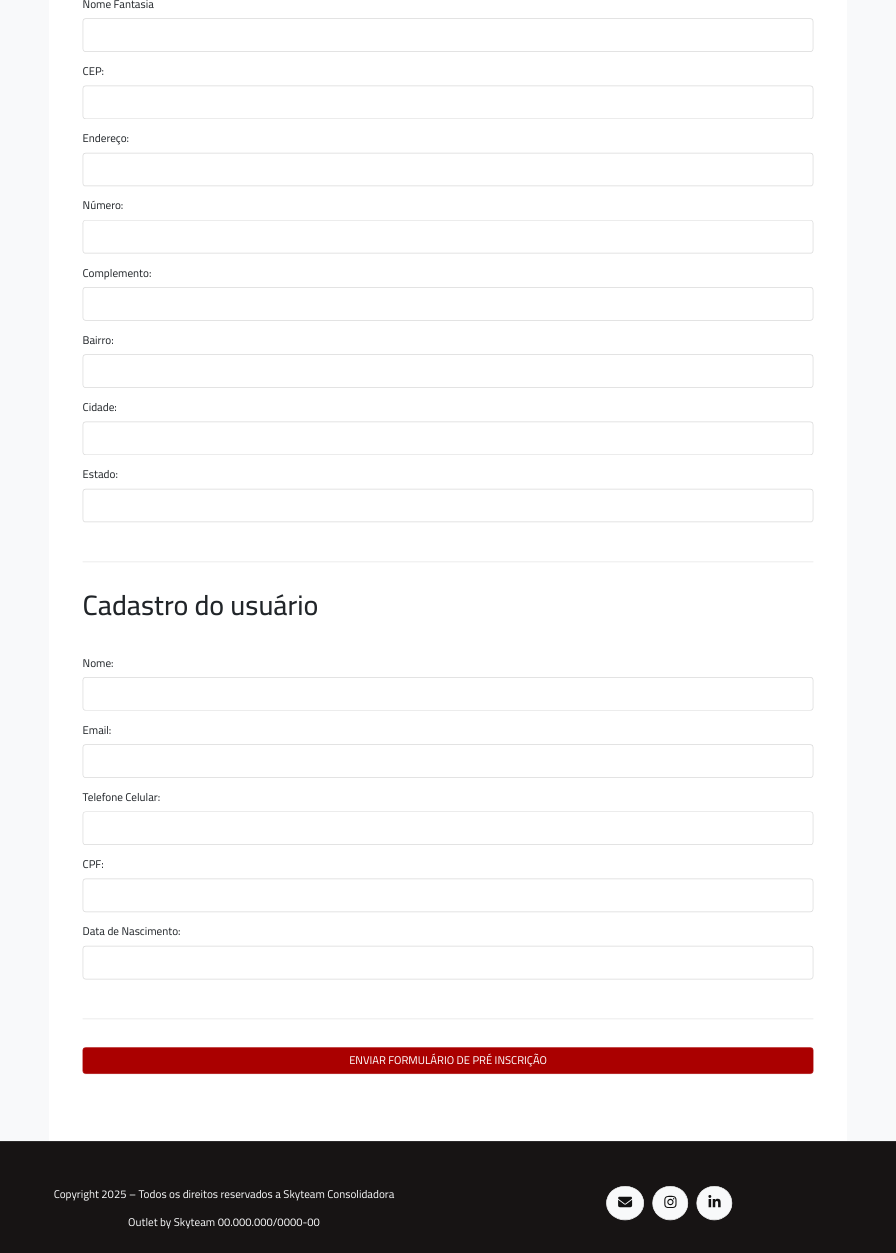
Repository: SkyTeam-Dev/Outlet_Site
Page: Site/Template_Page.html
The author's editor kept a copy of each file at every save. The page is drawn from the files as they stood at one save, then again after the next save.
The browser window is 1280 px wide. The pictures show the part of the page from y = 953 to 2873 px (the page is 2743 px tall before and 2873 px after), at 70% of full size.
Some web libraries are served in a nearby version.

Above is the page before, as saved 2025-03-25 19:18:37.

### Site/Template_Page.html
<!DOCTYPE html>
<html lang="pt-br">

<head>
    <title>:: Outlet by Skyteam ::</title>
    <!-- Define uma descrição otimizada para mecanismos de busca (Maximo 160 caracteres mas o recomendado é 50 caracteres) -->
    <meta name="description"
        content="CADASTRO SIMPLES, DESCONTOS E CASHBACK A viagem do seu cliente com as melhores condições Conectamos o agente a descontos imbatíveis Ofereça seus serviços a preços mais atrativos com a Outlet By Skyteam, uma plataforma para reservas de aéreo, hotelaria, seguro-viagem e locação nacional com descontos e cashback, projetada para qualquer agente de viagem" />
    <!-- Define palavras-chave (não tem mais impacto no Google, mas pode ajudar em outros mecanismos) -->
    <meta name="keywords" content="palavra-chave1, palavra-chave2, palavra-chave3">
    <meta charset="utf-8">
    <meta http-equiv="X-UA-Compatible" content="IE=edge">
    <link rel="canonical" href="https://outlet.tur.br/" />
    <link rel='shortlink' href='https://outlet.tur.br/' />

    <!-- Define a indexação pelos mecanismos de busca -->
    <meta name="robots" content="index, follow"> <!-- Para indexar e seguir links -->
    <meta name="googlebot" content="index, follow"> <!-- Específico para o Google -->
    <meta name="bingbot" content="index, follow"> <!-- Específico para o Bing -->

    <!-- GOOGLE JSON-LD para SEO -->
    <script type="application/ld+json">
        {
          "@context": "https://schema.org",
          "@type": "WebSite",
          "name": "Outlet by Skyteam",
          "url": "https://outlet.tur.br",
          "description": "CADASTRO SIMPLES, DESCONTOS E CASHBACK A viagem do seu cliente com as melhores condições Conectamos o agente a descontos imbatíveis Ofereça seus serviços a preços mais atrativos com a Outlet By Skyteam, uma plataforma para reservas de aéreo, hotelaria, seguro-viagem e locação nacional com descontos e cashback, projetada para qualquer agente de viagem.",
          "image": "https://outlet.tur.br/Templates/Default/Imagens/OG_Outlet_Base.jpg",
          "author": {
            "@type": "Person",
            "name": "Outlet"
          },
          "publisher": {
            "@type": "Organization",
            "name": "Outlet by Skyteam",
            "logo": {
              "@type": "ImageObject",
              "url": "https://outlet.tur.br/Templates/Default/Imagens/OG_Outlet_Base.jpg"
            }
          }
        }
        </script>
    <!-- GOOGLE JSON-LD para SEO -->

    <!-- Define o autor do conteúdo -->
    <meta name="author" content="Outlet by Skyteam">

    <!-- Controla como o Google exibe o snippet do site -->
    <meta name="google" content="nosnippet"> <!-- Impede snippets na SERP -->
    <meta name="google" content="max-snippet:-1, max-image-preview:large, max-video-preview:-1">
    <!-- Personaliza como o conteúdo é mostrado -->

    <!-- Diz ao Google para não traduzir a página automaticamente -->
    <meta name="google" content="notranslate">

    <!-- Define a geolocalização para buscas locais -->
    <meta name="DC.title" content="Outlet By SkyTeam" />
    <meta name="geo.region" content="BR-RS" />
    <meta name="geo.placename" content="Porto Alegre" />
    <meta name="geo.position" content="-30.030205;-51.229975" />
    <meta name="ICBM" content="-30.030205, -51.229975" />
    <!-- Criador do conteúdo -->
    <meta name="DC.creator" content="Outlet By SkyTeam">
    <!-- Assunto ou tema do conteúdo -->
    <meta name="DC.subject" content="CADASTRO SIMPLES, DESCONTOS E CASHBACK para qualquer agente de viagem"">
<!-- Descrição do conteúdo -->
<meta name=" DC.description"
        content="CADASTRO SIMPLES, DESCONTOS E CASHBACK A viagem do seu cliente com as melhores condições Conectamos o agente a descontos imbatíveis Ofereça seus serviços a preços mais atrativos com a Outlet By Skyteam, uma plataforma para reservas de aéreo, hotelaria, seguro-viagem e locação nacional com descontos e cashback, projetada para qualquer agente de viagem">

    <!-- Editora ou organização responsável -->
    <meta name="publisher" content="Outlet By SkyTeam">
    <!-- Identificador único (ex: URL, DOI) -->
    <meta name="identifier" content="https://outlet.tur.br">
    <!-- Idioma do conteúdo -->
    <meta name="language" content="pt-BR">

    <!-- Direitos autorais e licenciamento -->
    <meta name="rights" content="© 2025 Outlet By SkyTeam. Todos os direitos reservados.">


    <!-- Definição do protocolo Open Graph BASE -->
    <meta property="og:type" content="website">
    <!-- URL canônica da página -->
    <meta property="og:url" content="https://outlet.tur.br/">
    <!-- Título que aparecerá no compartilhamento -->
    <meta property="og:title" content="Outlet by Skyteam">
    <!-- Descrição curta e chamativa -->
    <meta property="og:description"
        content="CADASTRO SIMPLES, DESCONTOS E CASHBACK A viagem do seu cliente com as melhores condições Conectamos o agente a descontos imbatíveis Ofereça seus serviços a preços mais atrativos com a Outlet By Skyteam, uma plataforma para reservas de aéreo, hotelaria, seguro-viagem e locação nacional com descontos e cashback, projetada para qualquer agente de viagem">
    <!-- Imagem para exibição no compartilhamento -->
    <meta property="og:image" content="https://outlet.tur.br/Templates/Default/Imagens/OG_Outlet_Base.jpg">
    <!-- 1200x630 pixels é o tamanho recomendado pelo Facebook e outras redes sociais -->
    <meta property="og:image:alt" content="Logo da Outlet descrição">
    <!-- Especificações adicionais para a imagem -->
    <meta property="og:image:width" content="1200">
    <meta property="og:image:height" content="630">
    <!-- Nome do site (opcional, mas recomendado) -->
    <meta property="og:site_name" content="Outlet by Skyteam">
    <!-- Idioma da página -->
    <meta property="og:locale" content="pt_BR">
    <!-- Definição do protocolo Open Graph BASE -->

    <!-- Twitter Card -->
    <meta name="twitter:card" content="summary_large_image">
    <meta name="twitter:title" content="Outlet by Skyteam">
    <meta name="twitter:description"
        content="CADASTRO SIMPLES, DESCONTOS E CASHBACK A viagem do seu cliente com as melhores condições Conectamos o agente a descontos imbatíveis Ofereça seus serviços a preços mais atrativos com a Outlet By Skyteam, uma plataforma para reservas de aéreo, hotelaria, seguro-viagem e locação nacional com descontos e cashback, projetada para qualquer agente de viagem">
    <meta name="twitter:image" content="https://outlet.tur.br/Templates/Default/Imagens/OG_Outlet_Base.jpg">
    <!-- Twitter Card -->



    <meta name="viewport" content="width=device-width, initial-scale=1, shrink-to-fit=no">

    <link rel='preconnect' href='//fonts.googleapis.com' />
    <link rel="preconnect" href="//fonts.gstatic.com" crossorigin>
    <link rel='preconnect' href='//jsdelivr.net' />
    <link rel='preconnect' href='//cdn.jsdelivr.net' />
    <link rel='preconnect' href='//code.jquery.com' />



    <!-- CSS -->
    <link rel="stylesheet"
        href="https://cdn.jsdelivr.net/npm/@fortawesome/fontawesome-free@6.7.2/css/fontawesome.min.css">
    <link rel="stylesheet" href="Templates/Default/CSS/bootstrap.css">
    <link rel="stylesheet" href="Templates/Default/CSS/Site.css">

    <link rel="stylesheet" href="https://cdn.jsdelivr.net/npm/slick-carousel@1.8.1/slick/slick.css" />
    <link rel="stylesheet" href="https://cdn.jsdelivr.net/npm/slick-carousel@1.8.1/slick/slick-theme.css" />


    <!-- CSS -->

    <!-- Favicon -->


    <!-- Favicon e Theme Color-->
    <link rel="icon" type="image/png" href="Templates/Default/Imagens/Favicons/favicon-96x96.png" sizes="96x96" />
    <link rel="icon" type="image/svg+xml" href="Templates/Default/Imagens/Favicons/favicon.svg" />
    <link rel="shortcut icon" href="Templates/Default/Imagens/Favicons/favicon.ico" />
    <link rel="icon" href="Templates/Default/Imagens/Favicons/favicon.ico" type="image/x-icon">
    <link rel="apple-touch-icon" sizes="180x180" href="Templates/Default/Imagens/Favicons/apple-touch-icon.png" />
    <link rel="manifest" href="Templates/Default/Imagens/Favicons/site.webmanifest" />
    <link rel="apple-touch-icon" href="Templates/Default/Imagens/Favicons/favicon-96x96.png">
    <meta name="msapplication-TileImage" content="Templates/Default/Imagens/Favicons/favicon-96x96.png">
    <meta name="theme-color" content="#aa0000">
    <meta name="apple-mobile-web-app-capable" content="yes">
    <meta name="apple-mobile-web-app-status-bar-style" content="black-translucent">
    <meta name="msapplication-TileColor" content="#aa0000">
    <!-- Favicon -->


    <!-- Rastreamento e Comunicação -->

    <!-- Rastreamento e Comunicação -->


    <script src="https://www.google.com/recaptcha/api.js"></script>
    <script>
        function onSubmit(token) {
          document.getElementById("Cadastro-Outlet").submit();
        }
      </script>

</head>

<body>

    <div class="container-fluid" id="LoadingPage">
        <div class="row justify-content-center align-items-center text-center">

            <div class="mt-5 col-sm-12 justify-content-center align-items-center text-center">
                <img src="Templates/Default/Imagens/LOGO2.png" class='img-fluid ml-3' alt="Logo" style="height: 60px;">
            </div>
            <div class="col-sm-2 mt-1 justify-content-center align-items-center text-center">
                <div class="LoadingPage mt-5 mb-5"></div>
            </div>

        </div>
    </div>

    <div class="bg-light p-0" id="Site">



        <section id="Cabecalho-Superior" class="p-5 bg-primary">
            <div class="container-fluid justify-content-center align-items-center">
                <!-- =========================== CABEÇALHO (NAVBAR) ============================ -->

                <nav class="navbar navbar-expand-lg navbar-dark">
                    <div class="container-fluid">
                        <!-- Logo / Marca -->
                        <a class="navbar-brand" href="#">
                            <!-- Pode inserir um logo ou texto -->
                            <img src="Templates/Default/Imagens/LOGO1.png" class='img-fluid ml-3' alt="Logo"
                                style="height: 60px;">
                            <!-- Ou usar apenas texto:
                          <span>Outlet</span>
                          -->
                        </a>
                    </div>
                    <!-- Botão para exibir/ocultar menu no mobile -->
                    <button class="text-center btn btn-block navbar-toggler bg-primary text-white collapsed"
                        type="button" data-toggle="collapse" data-target="#navbarNav" aria-controls="navbarNav"
                        aria-expanded="false" aria-label="Toggle navigation">
                        <span class="navbar-toggler-icon"></span>
                    </button>

                    <!-- Itens de navegação -->
                    <div class="text-center justify-content-end align-items-center collapse navbar-collapse"
                        id="navbarNav">
                        <ul class="navbar-nav ">
                            <!-- Ajuste as rotas conforme necessidade -->
                            <li class="nav-item btn font-weight-bold">
                                <a class="nav-link text-white" href="#">Home</a>
                            </li>
                            <li class="nav-item btn font-weight-bold">
                                <a class="nav-link text-white" href="#">Cadastro</a>
                            </li>
                            <li class="nav-item btn font-weight-bold">
                                <a class="nav-link text-white" href="#">Dúvidas</a>
                            </li>
                            <li class="nav-item btn btn-primary text-white font-weight-bold">
                                <a class="nav-link text-white" href="#">Portal Outlet</a>
                            </li>
                        </ul>
                    </div>
                </nav>

                <div class="col-lg-6 col-sm-12 ml-3 mt-5 mb-5">
                    <h1 class="text-white">CADASTRO <span class="font-weight-bold">SIMPLES</span></h1>
                    <h1 class="text-white">E RÁPIDO</h1>
                    <p class="text-white">Preencha o formulário abaixo e aguarde nosso email com
                        o seu login e senha para o Portal Outlet</p>
                </div>

            </div>


        </section>

        <div class="container">

            <div class="row bg-white shadow-lg pb-5 justify-content-center align-items-center">
                <div class="col-sm-12 p-5">
                    <div class="row justify-content-center">

                        <div class="col-xl-12 col-lg-12 col-md-12 col-sm-12 mt-5">
                            <ul class="list-unstyled">
                                <li>Sem consulta, sem buracracia, preencha seus dados ou de sua empresa e pronto!</li>
                                <li>Comece a vender com a Outlet Consolidadora</li>
                                <li>*Para Pessoa Fisica, preencha seus dados pessoais e bancários para formalizar o
                                    cadastro.</li>
                            </ul>
                        </div>

                        <div class="col-xl-12 col-lg-12 col-md-12 col-sm-12 mt-5">

                            <form action="#" class="" name="Cadastro-Outlet" id="Cadastro-Outlet">
                                <div class="form-group">
                                    <h1 class="mb-5">Cadastro de Empresa</h1>
                                </div>
                                <div class="form-group">
                                    <label for="CNPJ_Busca">CNPJ</label>
                                    <input type="text" class="form-control form-control-lg" id="CNPJ_Busca"
                                        placeholder="Digite o CNPJ">
                                </div>

                                <!-- Dados retornados da API -->
                                <div class="form-group">
                                    <label>Razão Social</label>
                                    <input type="text" class="form-control form-control-lg" id="razaoSocial">
                                </div>
                                <div class="form-group">
                                    <label>Nome Fantasia</label>
                                    <input type="text" class="form-control form-control-lg" id="nomeFantasia">
                                    <input type="hidden" class="form-control form-control-lg" id="situacao">
                                    <input type="hidden" class="form-control form-control-lg" id="simples">
                                    <input type="hidden" class="form-control form-control-lg" id="mei">
                                    <input type="hidden" class="form-control form-control-lg" id="atividadePrincipal">
                                    <input type="hidden" class="form-control form-control-lg"
                                        id="atividadesSecundarias">
                                    <input type="hidden" class="form-control form-control-lg" id="socios">
                                </div>

                                <div class="form-group">
                                    <label>CEP:</label>
                                    <input type="text" name="cep" class="form-control form-control-lg" type="text"
                                        id="cep" value="" size="10" maxlength="9" onblur="pesquisacep(this.value);" />
                                </div>
                                <div class="form-group">
                                    <label>Endereço:</label>
                                    <input type="text" name="rua" class="form-control form-control-lg" type="text"
                                        id="rua" size="60" />
                                </div>

                                <div class="form-group">
                                    <label>Número:</label>
                                    <input type="text" name="Numero" class="form-control form-control-lg" type="text"
                                        size="60" />
                                </div>
                                <div class="form-group">
                                    <label>Complemento:</label>
                                    <input type="text" name="Complemento" class="form-control form-control-lg" type="text"
                                         />
                                </div>
                                <div class="form-group">
                                    <label>Bairro:</label>
                                    <input type="text" name="bairro" class="form-control form-control-lg" type="text"
                                        id="bairro" size="40" />
                                </div>
                                <div class="form-group">
                                    <label>Cidade:</label>
                                    <input type="text" name="cidade" class="form-control form-control-lg" type="text"
                                        id="cidade" size="40" />
                                </div>
                                <div class="form-group">
                                    <label>Estado:</label>
                                    <input type="text" name="uf" class="form-control form-control-lg" type="text"
                                        id="uf" size="2" />
                                </div>
                                <div class="form-group">

                                    <input type="hidden" name="ibge" class="form-control form-control-lg" type="text"
                                        id="ibge" size="8" />
                                </div>
                                <br/>
                                <hr />
                                <br/>
                                <h1 class="mb-5">Cadastro do usuário</h1>

                                <div class="form-group">
                                    <label>Nome:</label>
                                    <input type="text" name="Nome_User" class="form-control form-control-lg" type="text"
                                        size="60" />
                                </div>

                                <div class="form-group">
                                    <label>Email:</label>
                                    <input type="text" name="Email_User" class="form-control form-control-lg" type="text"
                                        size="60" />
                                </div>

                                <div class="form-group">
                                    <label>Telefone Celular:</label>
                                    <input type="text" name="Celular_User" class="form-control form-control-lg" type="text"
                                        size="60" />
                                </div>

                                <div class="form-group">
                                    <label>CPF:</label>
                                    <input type="text" name="CPF_User" class="form-control form-control-lg" type="text"
                                        size="60" />
                                </div>

                                <div class="form-group">
                                    <label>Data de Nascimento:</label>
                                    <input type="text" name="Nascimento_User" class="form-control form-control-lg" type="text"
                                        size="60" />
                                </div>

                                <br/>
                                <hr />
                                <br/>
                                <button type="submit" class="g-recaptcha btn btn-primary btn-block" data-sitekey="6LcXBgArAAAAAH4WaTC60x-VCbYBNvo1WR384_5S" data-callback='onSubmit' data-action='submit'>
                                    ENVIAR FORMULÁRIO DE PRÉ INSCRIÇÃO
                                </button>




                                </form>

                        </div>

                    </div>

                </div>

            </div>

        </div>

        <!-- Rodapé -->
        <footer class="bg-gray-site text-light py-3">
            <div class="container-fluid">
                <div class="row">
                    <!-- Coluna com o copyright -->
                    <div class="col-md-6 col-sm-12 mt-5 text-center">
                        <p>Copyright 2025 – Todos os direitos reservados a Skyteam Consolidadora</p>
                        <p>Outlet by Skyteam 00.000.000/0000-00</p>
                    </div>

                    <!-- Coluna com ícones de redes sociais -->
                    <div class="col-md-6 col-sm-12 text-center mt-5">

                        <a href="#" class="mr-2 btn btn-lg btn-light rounded-circle shadow-sm">
                            <i class="fa-solid fa-envelope mt-1"></i>
                        </a>

                        <a href="#" class="mr-2 btn btn-lg btn-light rounded-circle shadow-sm">
                            <i class="fa-brands fa-instagram mt-1"></i>
                        </a>

                        <a href="#" class="mr-2 btn btn-lg btn-light rounded-circle shadow-sm">
                            <i class="fa-brands fa-linkedin-in mt-1"></i>
                        </a>


                    </div>
                </div>
            </div>
        </footer>

    </div>
    </>

    <!-- Scripts Base -->
    <script src="https://cdn.jsdelivr.net/npm/jquery@3.6.0/dist/jquery.min.js"></script>
    <script src="https://cdn.jsdelivr.net/npm/popper.js@1.12.9/dist/umd/popper.min.js"
        integrity="sha384-ApNbgh9B+Y1QKtv3Rn7W3mgPxhU9K/ScQsAP7hUibX39j7fakFPskvXusvfa0b4Q"
        crossorigin="anonymous"></script>
    <script src="https://cdn.jsdelivr.net/npm/bootstrap@4.0.0/dist/js/bootstrap.min.js"
        integrity="sha384-JZR6Spejh4U02d8jOt6vLEHfe/JQGiRRSQQxSfFWpi1MquVdAyjUar5+76PVCmYl"
        crossorigin="anonymous"></script>
    <script src="https://cdn.jsdelivr.net/npm/@fortawesome/fontawesome-free@6.7.2/js/all.min.js"></script>
    <script src="https://cdn.jsdelivr.net/npm/jquery-match-height@0.7.2/dist/jquery.matchHeight.min.js"></script>
    <script src="https://cdn.jsdelivr.net/npm/slick-carousel@1.8.1/slick/slick.min.js"></script>

    <script src="Templates/Default/JS/Site.js"></script>



    <!-- Rastreamento e Comunicação -->

    <!-- Rastreamento e Comunicação -->

</body>

</html>

Loaded but not shown: Site/Templates/Default/CSS/bootstrap.css (library); Site/Templates/Default/JS/Site.js (367 lines, source omitted); Site/Templates/Default/CSS/Site.css (284 lines, source omitted); Site/Templates/Default/WebFonts/WebFont.css (103 lines, source omitted); Site/Templates/Default/CSS/Responsive.css (95 lines, source omitted)

After the next save:
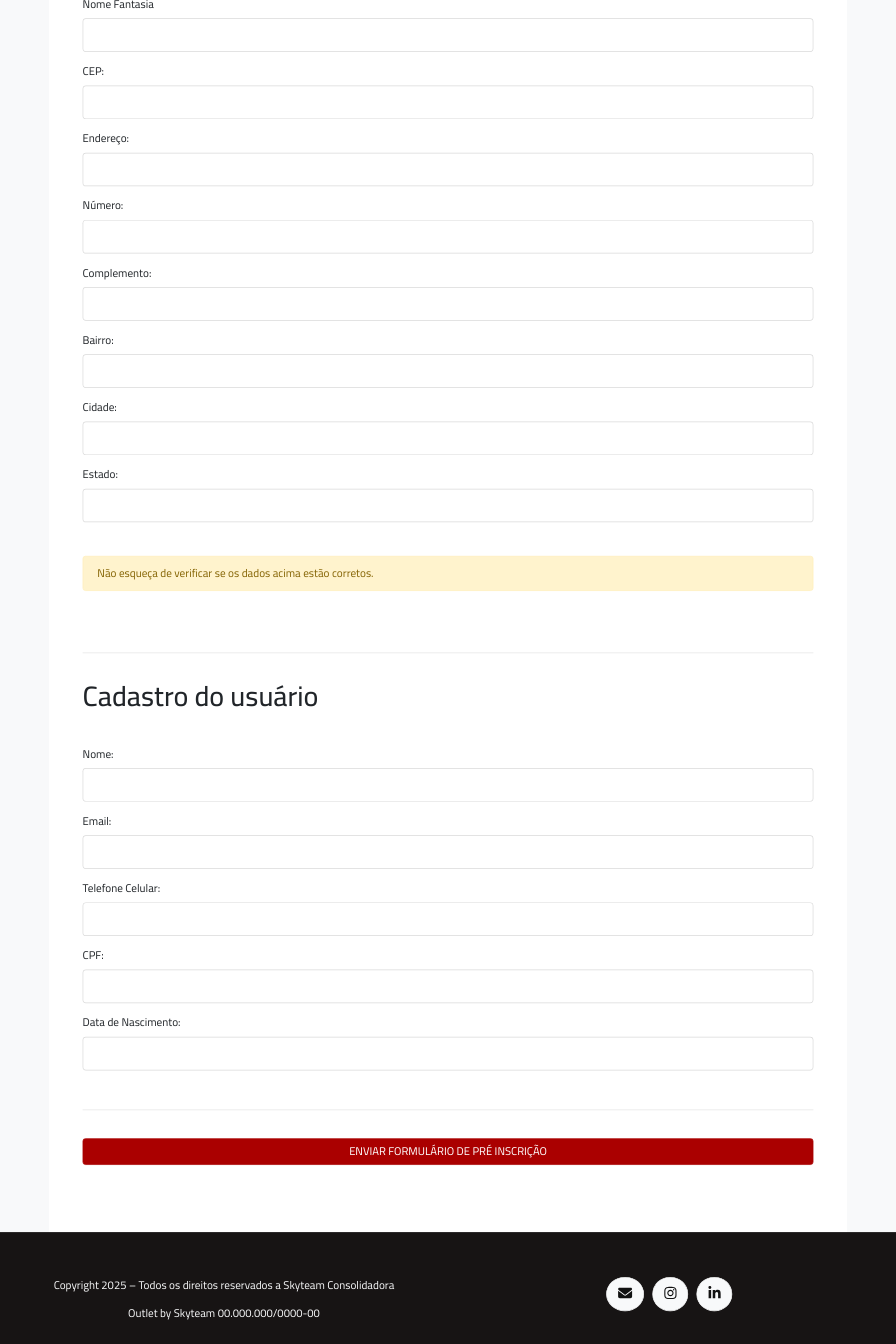
Saved 89 s later.
--- a/Site/Template_Page.html
+++ b/Site/Template_Page.html
@@ -326,6 +326,11 @@
                                     <input type="hidden" name="ibge" class="form-control form-control-lg" type="text"
                                         id="ibge" size="8" />
                                 </div>
+
+                                <div class="mt-5 mb-5 alert alert-warning" role="alert">
+                                    Não esqueça de verificar se os dados acima estão corretos.
+                                  </div>
+
                                 <br/>
                                 <hr />
                                 <br/>
